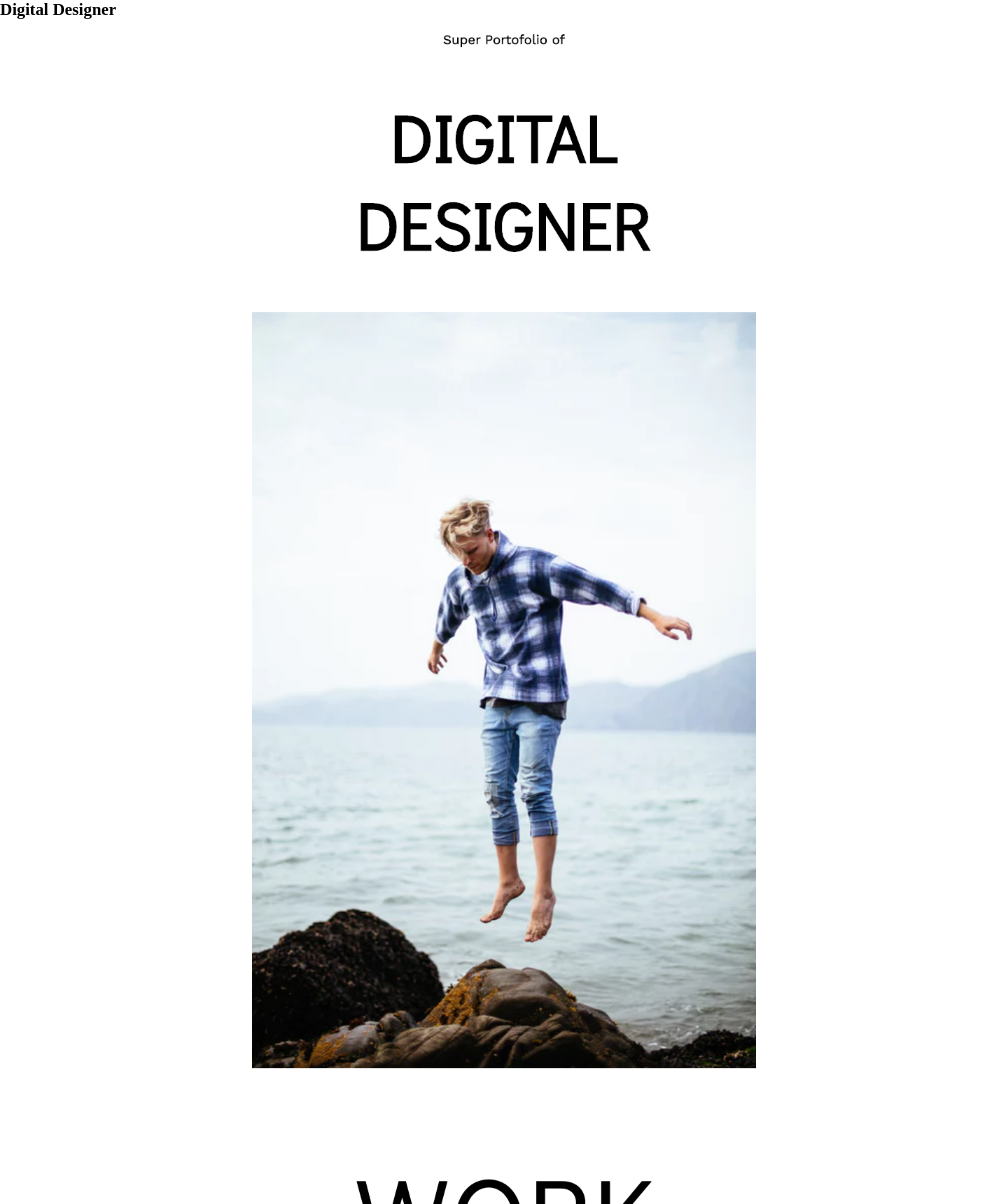
Repository: m0lt/DigitalDesigner
Page: index.html
The author's editor kept a copy of each file at every save. The page is drawn from the files as they stood at one save, then again after the next save.
The browser window is 1280 px wide. The page is 1440 px wide, then 1280 px, so the pictures cover 1440 px, including what lies to the right of the window. The pictures show the part of the page from y = 0 to 1720 px (the page is 8200 px tall before and 720 px after), at 70% of full size.

Above is the page before, as saved 2025-07-08 10:11:02.

After the next save:
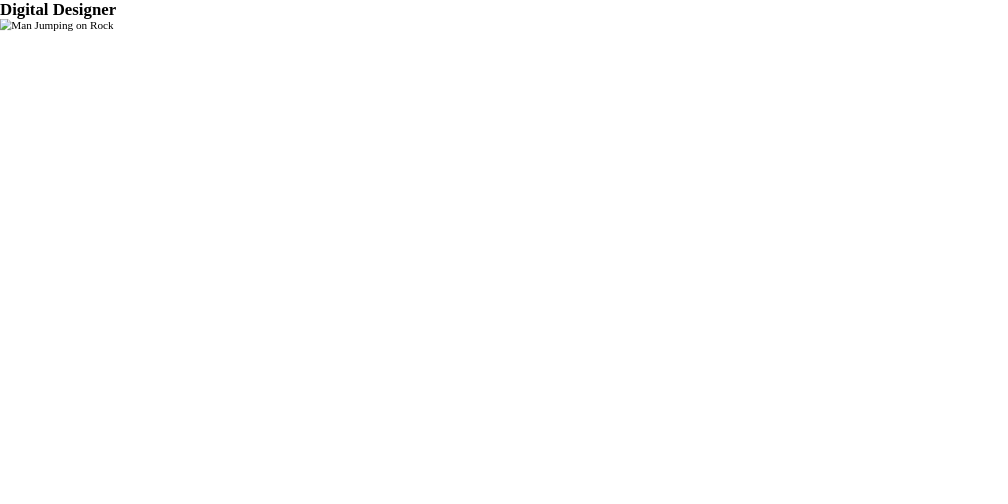
Not found: assets/img/portfolio1.png
Saved 27 s later.
--- a/index.html
+++ b/index.html
@@ -12,7 +12,7 @@
     <main>
       <section>
         <h1>Digital Designer</h1>
-        <img src="./assets/img/portfolio.png" alt="Man Jumping on Rock" />
+        <img src="./assets/img/portfolio1.png" alt="Man Jumping on Rock" />
       </section>
       <section></section>
       <section></section>

After the save that followed:
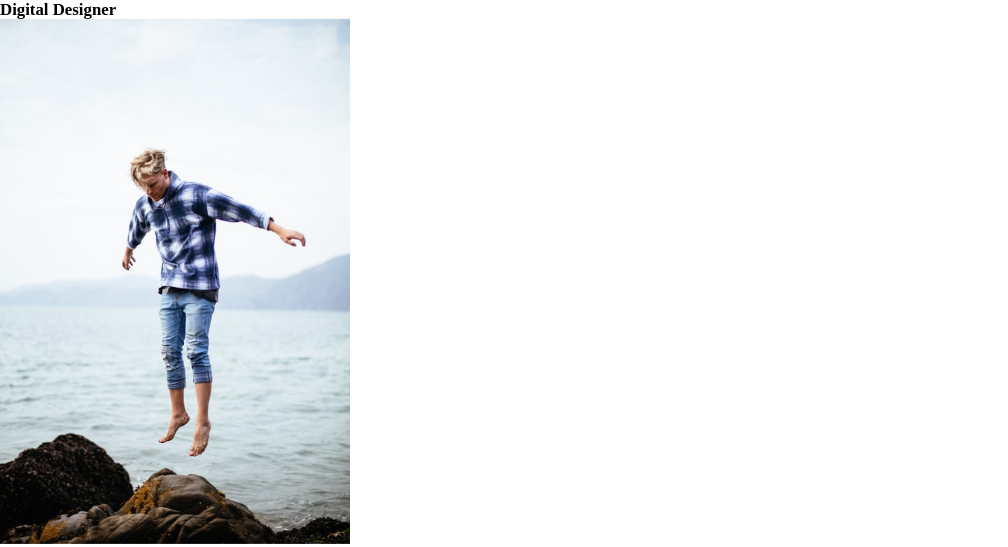
Saved 5 s later.
--- a/index.html
+++ b/index.html
@@ -12,7 +12,7 @@
     <main>
       <section>
         <h1>Digital Designer</h1>
-        <img src="./assets/img/portfolio1.png" alt="Man Jumping on Rock" />
+        <img src="./assets/img/portfolio1.jpeg" alt="Man Jumping on Rock" />
       </section>
       <section></section>
       <section></section>
